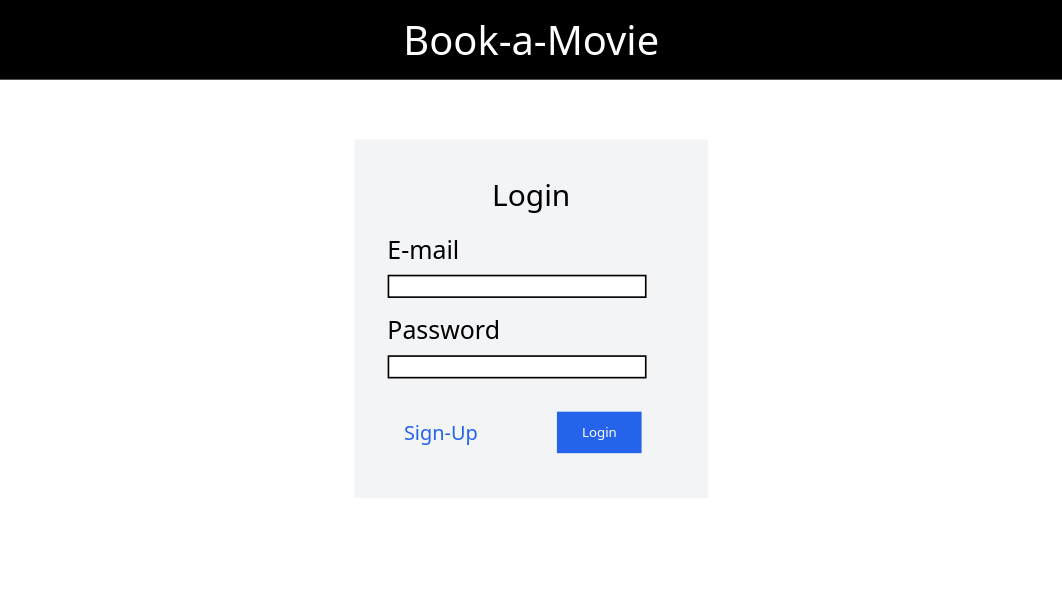
Repository: BhumilModi/movie-booking-app-assignment
Page: /signUp
These files come from the project's save history. The page is drawn as it stood at one moment and after a run of saves; the edit follows.
The browser window is 1280 px wide. The pictures show the whole page, at 83% of full size.
The project was rebuilt for these pictures with package versions that can differ from the ones it lists, and the page was loaded fresh each time. Also part of the build but not shown: src/App.css.

Above is the page before, as saved 2022-11-29 18:23:46.

After the next 2 saves:
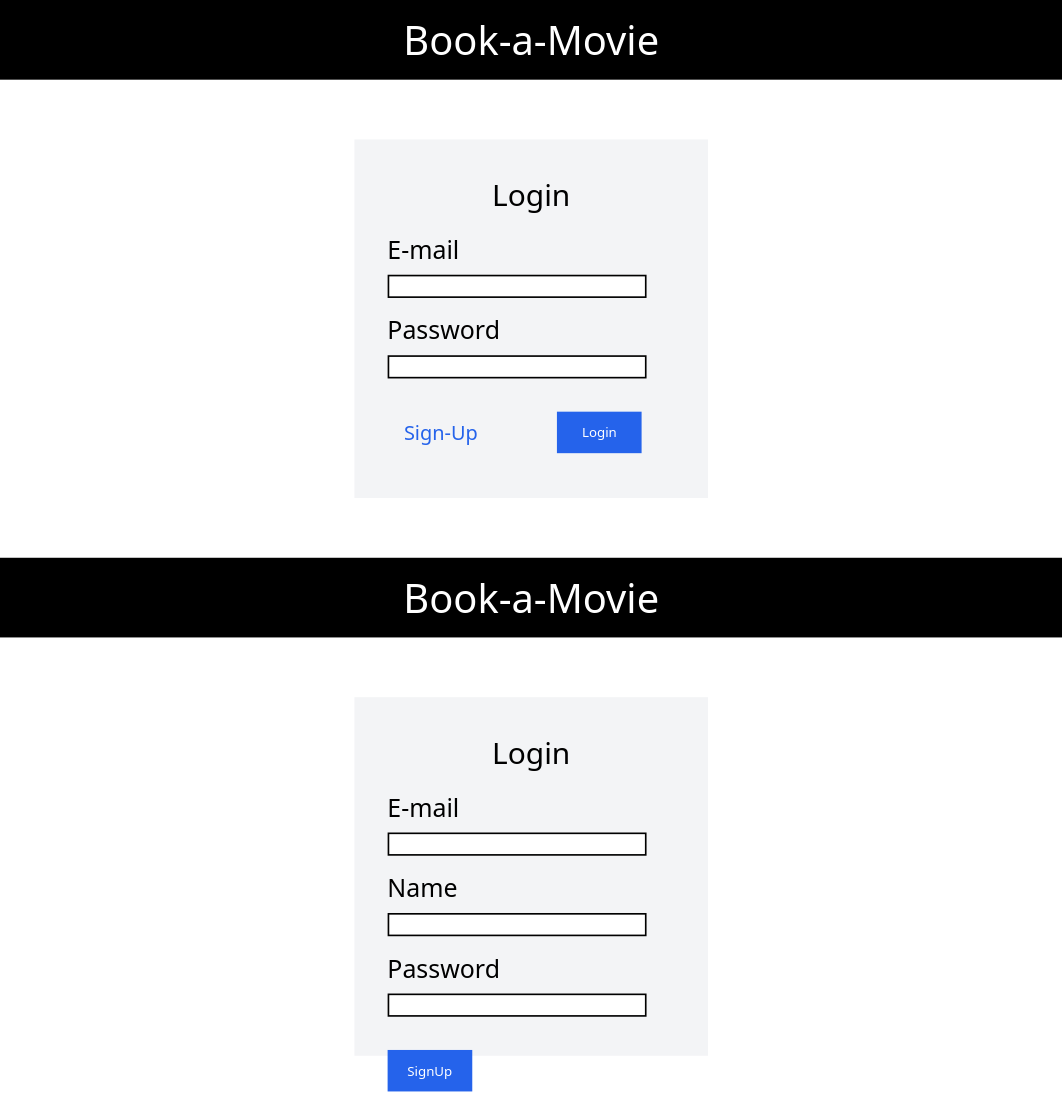
The 2 saves are shown as one change because 1 did not build or start.
The last was saved 39 s later.
--- a/src/App.js
+++ b/src/App.js
@@ -1,11 +1,11 @@
 import './App.css';
 import Login from './components/Login';
-import Navbar from './components/Navbar';
-
+import SignUp from './components/SignUp';
 function App() {
   return (
     <div>
       <Login />
+      <SignUp />
     </div>
   );
 }
